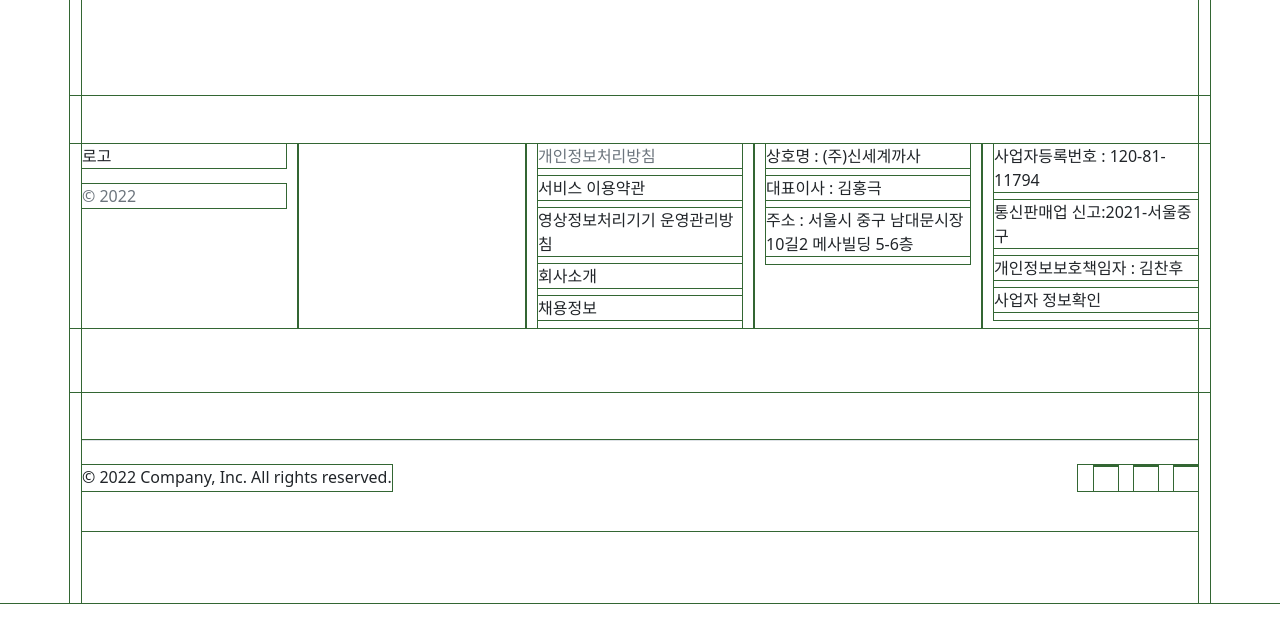
Repository: raoniee/Elice-House-Project
Page: FE/src/components/footer/footer.html
These files come from the project's save history. The page is drawn as it stood at one moment and after the next save; the edit follows.
The browser window is 1280 px wide. The pictures show the whole page.

Above is the page before, as saved 2023-07-04 17:02:33.

After the next save:
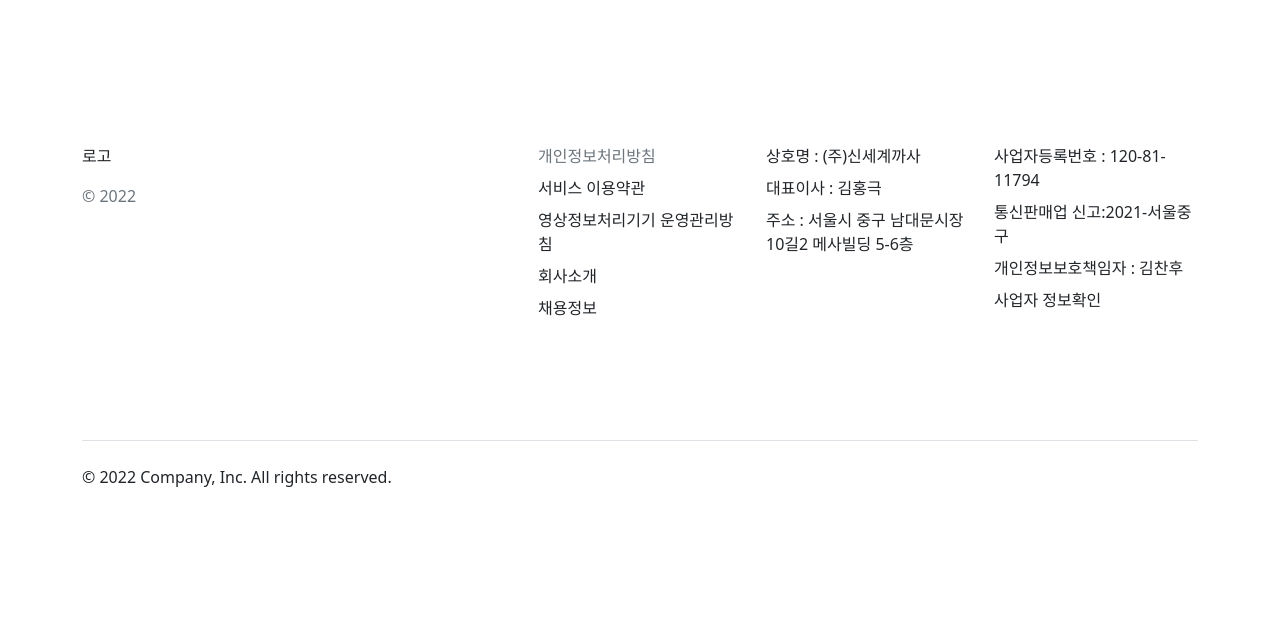
Saved 10 s later.
--- a/FE/src/components/footer/footer.html
+++ b/FE/src/components/footer/footer.html
@@ -11,11 +11,11 @@
       integrity="sha384-rbsA2VBKQhggwzxH7pPCaAqO46MgnOM80zW1RWuH61DGLwZJEdK2Kadq2F9CUG65"
       crossorigin="anonymous"
     />
-    <style>
+    <!-- <style>
       * {
         outline: 1px solid #363;
       }
-    </style>
+    </style> -->
   </head>
   <body>
     <div class="container">
